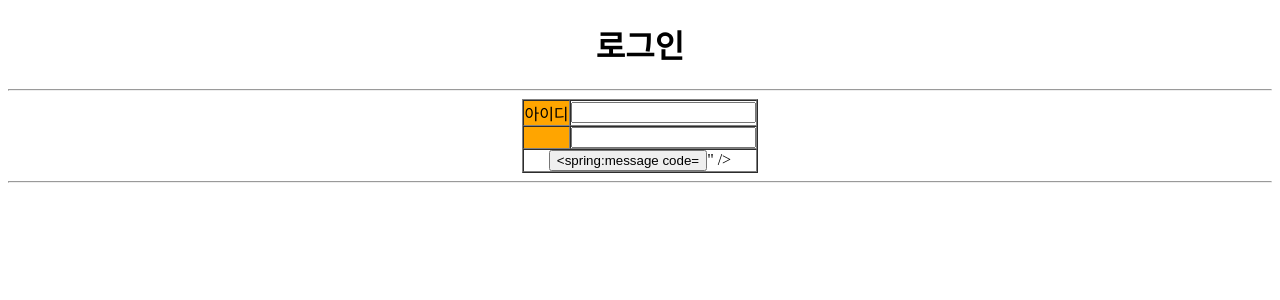
Repository: Dev-Aria/WebStudy
Page: http://localhost/BoardWeb/login.jsp
An editor plug-in stored every save of this project. The page is shown before and after the next save, followed by the edit.
The browser window is 1280 px wide. The pictures show the whole page.
The page is served by Tomcat 9. Other server files are loaded and not shown.

Above is the page before, as saved 2018-05-02 18:18:58.

### workspace_sts/BoardWeb/src/main/webapp/login.jsp
<%@page contentType="text/html; charset=EUC-KR"%>

<!DOCTYPE html PUBLIC "-//W3C//DTD HTML 4.01 Transitional//EN"
                      "http://www.w3.org/TR/html4/loose.dtd">
<html>
<head>
<meta http-equiv="Content-Type" content="text/html; charset=EUC-KR">
<title>로그인</title>
</head>
<body>
	<center>
		<h1>로그인</h1>
		<hr>
		<form action="login_proc.do" method="post">
			<table border="1" cellpadding="0" cellspacing="0">
				<tr>
					<td bgcolor="orange">아이디</td>
					<td><input type="text" name="id" /></td>
				</tr>
				<tr>
					<td bgcolor="orange"><spring:message code="message.user.login.password" /></td>
					<td><input type="password" name="password" value="${user.password }" /></td>
				</tr>
				<tr>
					<td colspan="2" align="center">
						<input type="submit" value="<spring:message code="message.user.login.loginBtn"/>" />
					</td>
				</tr>
			</table>
		</form>
		<hr>
	</center>
</body>
</html>

After the next save:
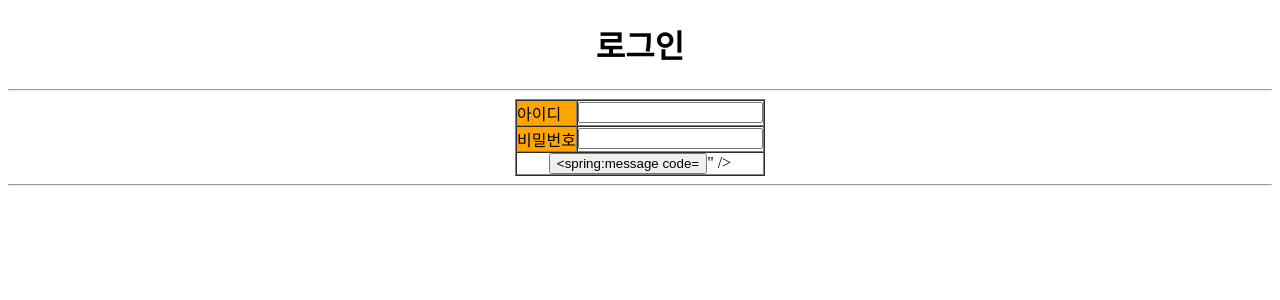
Saved 14 s later.
--- a/workspace_sts/BoardWeb/src/main/webapp/login.jsp
+++ b/workspace_sts/BoardWeb/src/main/webapp/login.jsp
@@ -18,8 +18,8 @@
 					<td><input type="text" name="id" /></td>
 				</tr>
 				<tr>
-					<td bgcolor="orange"><spring:message code="message.user.login.password" /></td>
-					<td><input type="password" name="password" value="${user.password }" /></td>
+					<td bgcolor="orange">비밀번호</td>
+					<td><input type="password" name="password" /></td>
 				</tr>
 				<tr>
 					<td colspan="2" align="center">
